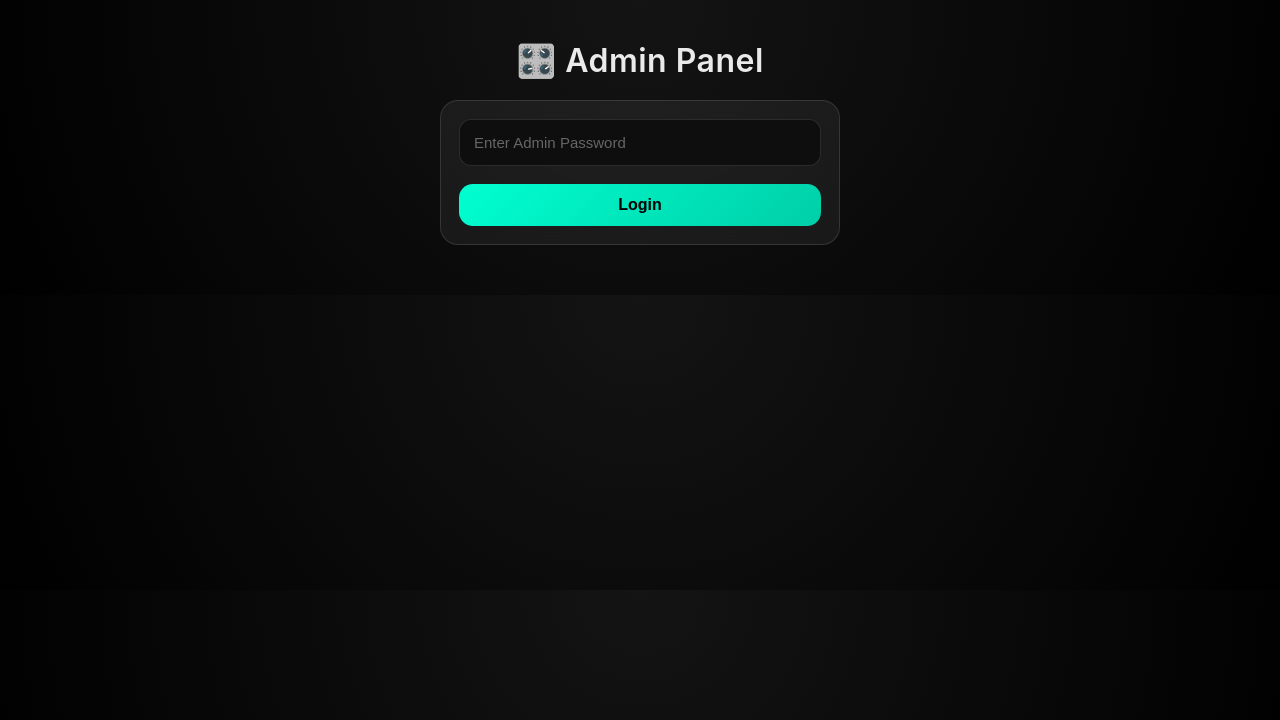
Repository: AryanHeravi/DJ-Request
Page: admin.html
An editor plug-in stored every save of this project. The page is shown before and after the next save, followed by the edit.
The browser window is 1280 px wide. The pictures show the whole page.

Above is the page before, as saved 2026-02-03 08:56:49.

After the next save:
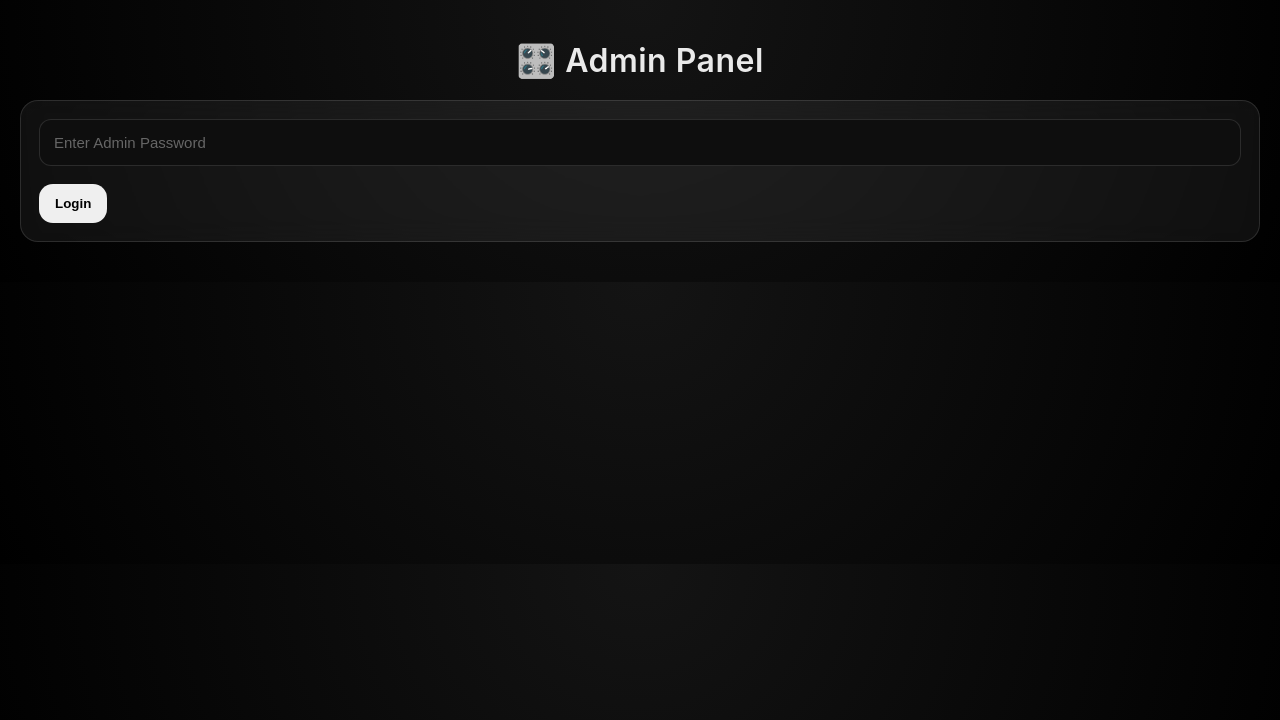
Saved 11 min 24 s later.
--- a/admin.html
+++ b/admin.html
@@ -96,20 +96,6 @@ button{
   border:1px solid var(--border);
 }
 
-.admin-login{
-  max-width:400px;
-  margin:0 auto 30px auto;
-  text-align:center;
-}
-
-.admin-login input{margin-bottom:12px;}
-.admin-login button{
-  background:linear-gradient(135deg,#00ffd0,#00cfa8);
-  color:black;
-  width:100%;
-  font-size:16px;
-}
-
 /* MOBILE RESPONSIVE */
 @media(max-width:700px){
   .lanes{grid-template-columns:1fr;}
@@ -123,7 +109,7 @@ button{
 <h1>🎛️ Admin Panel</h1>
 
 <!-- Login -->
-<div class="admin-login glass" id="loginDiv">
+<div class="glass" id="loginDiv">
   <input type="password" id="adminPassword" placeholder="Enter Admin Password">
   <button onclick="checkPassword()">Login</button>
 </div>
@@ -143,7 +129,7 @@ button{
 </div>
 
 <script>
-const PASSWORD = "1234"; // change this
+const PASSWORD = "1234"; // admin password
 
 const loginDiv = document.getElementById('loginDiv');
 const panel = document.getElementById('panel');
@@ -156,12 +142,12 @@ function checkPassword(){
     loginDiv.style.display='none';
     panel.style.display='block';
     renderLanes();
-  }else{
+  } else {
     alert('Wrong password!');
   }
 }
 
-/* Render lanes */
+/* Render lanes from localStorage */
 function renderLanes(){
   let list = JSON.parse(localStorage.getItem('requests')||'[]');
   freeLaneDiv.innerHTML='';
@@ -201,7 +187,7 @@ function renderLanes(){
   });
 }
 
-/* Auto-refresh for multi-device submissions */
+/* Auto-refresh every 3s for multi-device usage */
 setInterval(()=>{if(panel.style.display==='block') renderLanes();},3000);
 </script>
 
